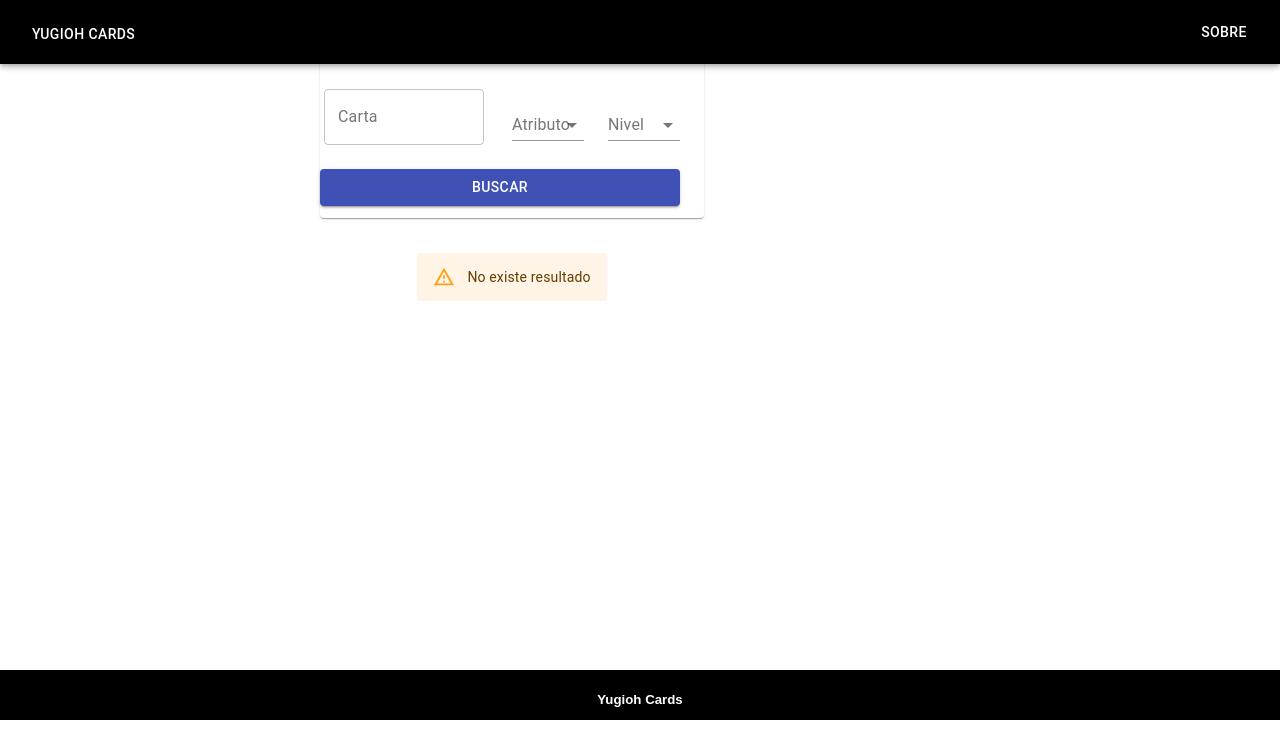
Repository: Skorfate/yugiohCard
Page: /
An editor plug-in stored every save of this project. The page is shown before and after the next save, followed by the edit.
The browser window is 1280 px wide. The pictures show the whole page.
The project was rebuilt for these pictures with package versions that can differ from the ones it lists, and the page was loaded fresh each time. Also part of the build but not shown: webpack.config.js, src/App.css, src/components/header/header.style.scss.

Above is the page before, as saved 2021-07-19 22:23:29.

After the next save:
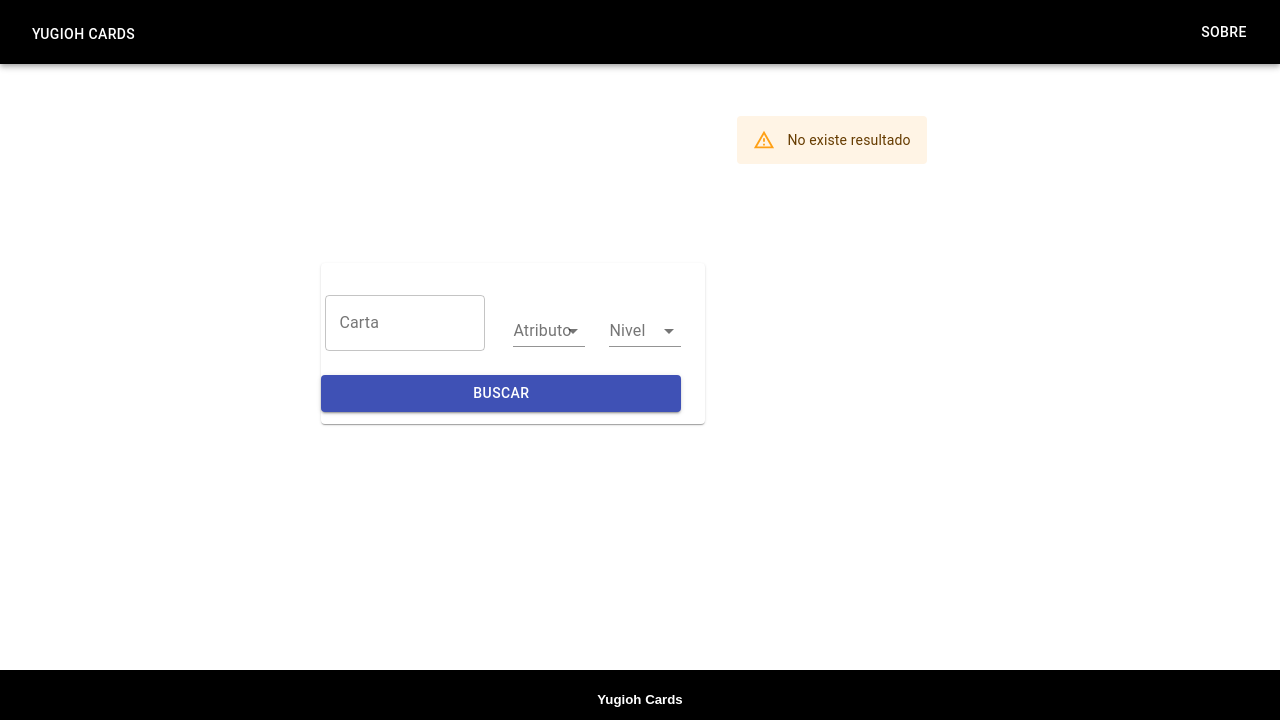
Saved 10 s later.
--- a/src/page/Home/Home.page.jsx
+++ b/src/page/Home/Home.page.jsx
@@ -23,7 +23,7 @@ const Home = () => {
     }*/
 
     return (
-            <Grid container  justify="center" alignItems="center"  direction="column" style={{width: '80%'}}>
+            <Grid container  justify="center" alignItems="center"  direction="row">
                     <Buscador setParametro={setParametro}/>
                     <Box m={4}>
                         {loading &&
